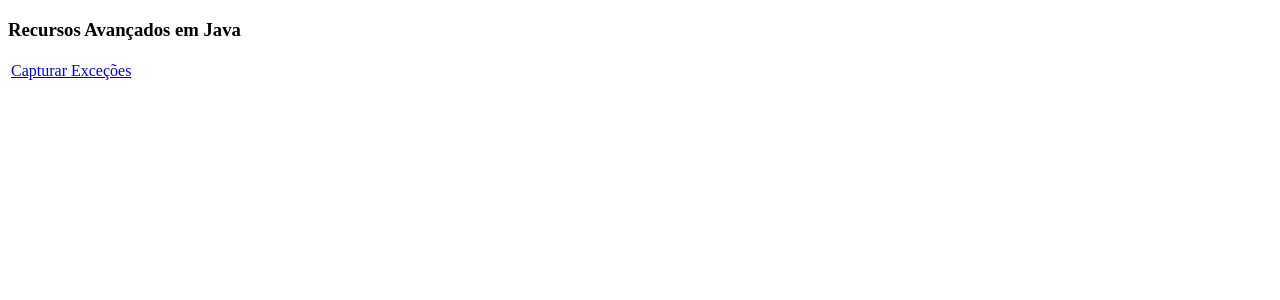
Repository: VictorGOrellana/RecursosJava
Page: http://localhost/curso.edu/
An editor plug-in stored every save of this project. The page is shown before and after the next save, followed by the edit.
The browser window is 1280 px wide. The pictures show the whole page.
The page is served by Tomcat 9.

Above is the page before, as saved 2019-07-23 17:39:36.

After the next save:
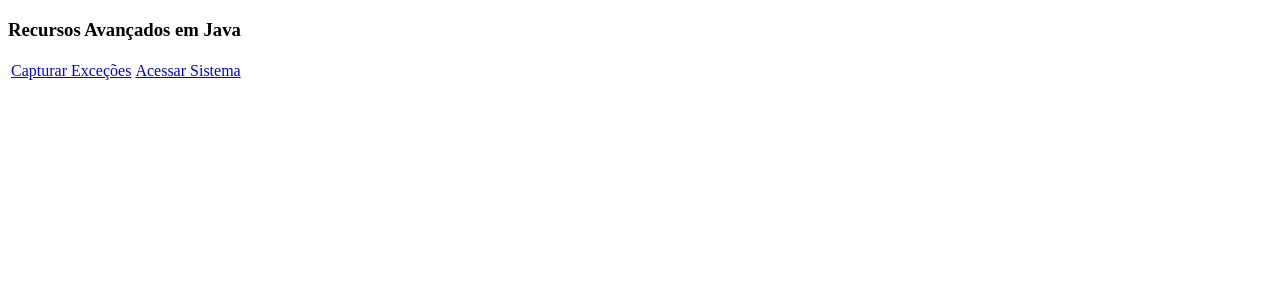
Saved 89 s later.
--- a/curso.edu/WebContent/index.jsp
+++ b/curso.edu/WebContent/index.jsp
@@ -19,6 +19,10 @@
 	 		<a href="capturarExcecoes.jsp">Capturar Exceções</a>
 
 	 	</td>
+	 		<td>
+	 		<a href="capturarExcecoes.jsp">Acessar Sistema</a>
+
+	 	</td>
 	 </tr>
 	</table>
 
